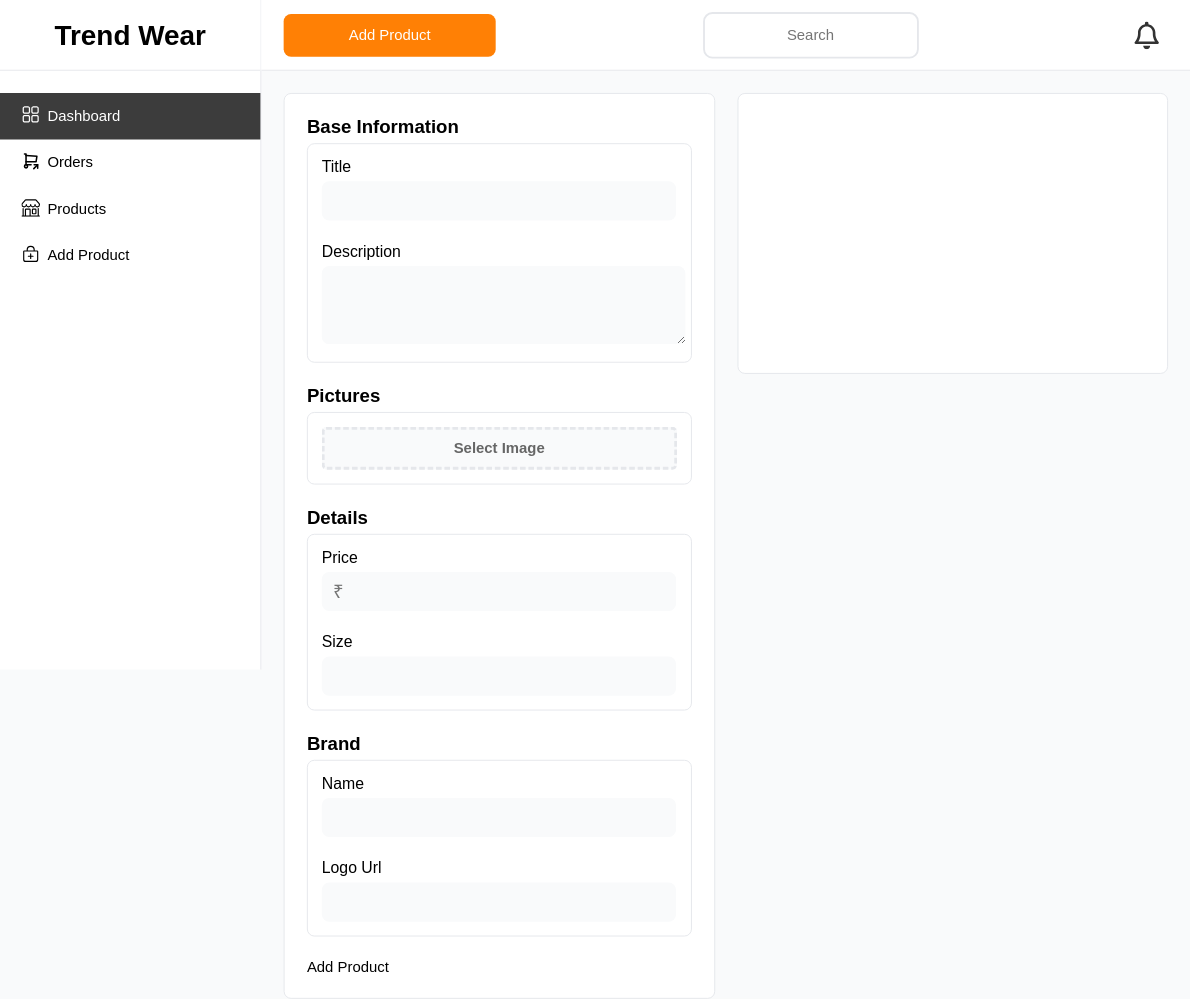
Repository: ahmad-dev7/TrendWear
Page: / (app in trend_wear_dashboard/)
These files come from the project's save history. The page is drawn as it stood at one moment and after the next save; the edit follows.
The browser window is 1280 px wide. The pictures show the whole page, at 93% of full size.
The project was rebuilt for these pictures with package versions that can differ from the ones it lists, and the page was loaded fresh each time. Also part of the build but not shown: trend_wear_dashboard/vite.config.ts.

Above is the page before, as saved 2025-01-20 12:06:41.

### trend_wear_dashboard/index.html
<!doctype html>
<html lang="en">

<head>
  <meta charset="UTF-8" />
  <link rel="icon" type="image/svg+xml" href="/vite.svg" />
  <meta name="viewport" content="width=device-width, initial-scale=1.0" />
  <title>Trend Wear</title>
</head>

<body>
  <div id="root"></div>
  <script type="module" src="/src/main.tsx"></script>
</body>

</html>

### trend_wear_dashboard/src/main.tsx
import { StrictMode } from "react";
import { createRoot } from "react-dom/client";
//import "bootstrap/dist/css/bootstrap.css";
import "./App.css";
import App from "./App.tsx";

createRoot(document.getElementById("root")!).render(
  <StrictMode>
    <App />
  </StrictMode>
);

### trend_wear_dashboard/src/App.css
body {
    background-color: #F9FAFB;
    padding: 0;
    margin: 0;
    border-color: #e5e7eb;
    font-family: Arial, Helvetica, sans-serif;

}

#parent {
    display: flex;
}

### trend_wear_dashboard/src/App.tsx
import { useState } from "react";
import Body from "./Components/Body/Body";
import Navbar from "./Components/Navbar/Navbar";
import Sidebar from "./Components/Sidebar/Sidebar";
import AddProducts from "./Components/AddProduct/AddProduct";
//import Dashboard from "./Components/Dashboard/Dashboard";

function App() {
  const [body, setBody] = useState("Dashboard");

  console.log(body);

  return (
    <div id="parent">
      <Sidebar onSelectTab={setBody} />
      <div style={{ flex: 1 }}>
        <Navbar />
        <Body>
          <AddProducts />
        </Body>
      </div>
    </div>
  );
}

export default App;

### trend_wear_dashboard/src/Components/Body/Body.tsx
// Body.tsx
import "./Body.css";

interface Props {
  children: React.ReactNode;
}

const Body = ({ children }: Props) => {
  return <div id="body-content">{children}</div>;
};

export default Body;

### trend_wear_dashboard/src/Components/Navbar/Navbar.tsx
import "./Navbar.css";
import { FaRegBell } from "react-icons/fa6";

const Navbar = () => {
  return (
    <div>
      <div id="top-navbar">
        <div className="nav-item add-product-button">Add Product</div>
        <input className="nav-item" placeholder="Search" type="text" />
        <FaRegBell className="nav-item icon"></FaRegBell>
      </div>
    </div>
  );
};

export default Navbar;

### trend_wear_dashboard/src/Components/Sidebar/Sidebar.tsx
import "./Sidebar.css";
import { RxDashboard } from "react-icons/rx";
import { TbShoppingCartShare } from "react-icons/tb";
import { BsShop } from "react-icons/bs";
import { IoBagAddOutline } from "react-icons/io5";
import { useState } from "react";

interface Props {
  onSelectTab: (tab: string) => void;
}

interface Tabs {
  icon: JSX.Element;
  label: string;
}

const Sidebar = ({ onSelectTab }: Props) => {
  const tabs: Tabs[] = [
    { label: "Dashboard", icon: <RxDashboard size={20} /> },
    { label: "Orders", icon: <TbShoppingCartShare size={20} /> },
    { label: "Products", icon: <BsShop size={20} /> },
    { label: "Add Product", icon: <IoBagAddOutline size={20} /> },
  ];

  const [active, setTab] = useState("Dashboard");

  return (
    <div id="layout">
      <div id="sidebar">
        <div className="header">Trend Wear</div>
        <ul id="sidebar-content">
          {tabs.map((tab) => (
            <li
              key={tab.label}
              className={"tab " + (tab.label == active && "active")}
              onClick={() => {
                setTab(tab.label);
                onSelectTab(tab.label);
              }}
            >
              <div className="icon">{tab.icon}</div>
              <div className="label">{tab.label}</div>
            </li>
          ))}
        </ul>
      </div>
    </div>
  );
};

export default Sidebar;

### trend_wear_dashboard/src/Components/AddProduct/AddProduct.tsx
import "./AddProduct.css";
import ProductDetails from "./ProductDetails";
import ProductPreview from "./ProductPreview";
const AddProduct = () => {
  return (
    <div className="parent">
      <div className="child details-container">
        <ProductDetails />
      </div>

      <div className="child preview-container">
        <ProductPreview />
      </div>
    </div>
  );
};

export default AddProduct;

### trend_wear_dashboard/src/Components/Body/Body.css
#body-content {
    display: flex;
    flex-direction: column;
    margin: 24px;
    height: 100vh;
    width: calc(100% - 48px);
    box-sizing: border-box;
}

### trend_wear_dashboard/src/Components/Navbar/Navbar.css
#top-navbar {
    display: flex;
    justify-content: space-between;
    align-items: center;
    /* padding: 0 24px; */
    background-color: white;
    height: 75px;
    width: 100%;
    border-bottom: 1px solid #e5e7eb;
}

.nav-item {
    font-size: 16px;
    color: #333;
    text-align: center;
    width: 200px;
    border-radius: 8px;
    padding: 14px;
    text-decoration: none;
}

.add-product-button {
    color: white;
    margin-left: 24px;
    background-color: #ff8005;
}

#top-navbar input {
    border: none;
    outline: 2px solid #e5e7eb;
    flex-grow: 1;
    max-width: 200px;
}

#top-navbar .icon {
    height: 30px;
    width: 30px;
    margin-right: 24px;
}

### trend_wear_dashboard/src/Components/Sidebar/Sidebar.css
/* Sidebar.css */
#sidebar {
    background-color: white;
    width: 280px;
    height: 100vh;
    border-right: 1px solid #e5e7eb;
}

#sidebar .header {
    display: flex;
    justify-content: center;
    align-items: center;
    height: 75px;
    font-size: 30px;
    font-weight: bold;
    background-color: white;
    text-align: center;
    border-bottom: 1px solid #e5e7eb;
}

#sidebar-content {
    list-style-type: none;
    margin-top: 24px;
    padding: 0;
    cursor: pointer;
}

#sidebar-content .tab {
    height: 50px;
    color: black;
    display: flex;
    align-items: center;
    padding-left: 15px;
}

.icon {
    padding: 8px;
}

#sidebar-content .active {
    background-color: #3c3c3c;
    color: white;
}

#sidebar-content .tab:hover:not(.active) {
    background-color: #e5e7eb;
}

### trend_wear_dashboard/src/Components/AddProduct/AddProduct.css
/* AddProduct.css */
.parent {
    display: flex;
    width: 100%;
    gap: 24px;
    box-sizing: border-box;
}

.child {
    flex: 1;
    text-align: center;
    background-color: white;
    border: 1px solid #e5e7eb;
    border-radius: 8px;
}

.preview-container {
    height: 300px;
}

### trend_wear_dashboard/src/Components/AddProduct/ProductDetails.tsx
import "./ProductDetails.css";
import Spacer from "../../Constants/Spacer";
import DetailsSectionContainer from "../../Constants/ProductDetailSection/DetailsSectionContainer";
import LabeledInputField from "../../Constants/LabeledInputField/LabeledInputField";
import LabeledTextArea from "../../Constants/LabeledInputField/LabeledTextarea";
import AddImage from "../../Constants/AddImage/AddImage";

const ProductDetails = () => {
  return (
    <>
      <div className="product-detail-container">
        <DetailsSectionContainer heading="Base Information">
          <LabeledInputField>Title</LabeledInputField>
          <Spacer height="24px" />
          <LabeledTextArea>Description</LabeledTextArea>
        </DetailsSectionContainer>
        <Spacer height="24px" />

        <DetailsSectionContainer heading="Pictures">
          <AddImage />
        </DetailsSectionContainer>
        <Spacer height="24px" />
        <DetailsSectionContainer heading="Details">
          <LabeledInputField placeHolder="₹">Price</LabeledInputField>
          <Spacer height="24px" />
          <LabeledInputField>Size</LabeledInputField>
        </DetailsSectionContainer>

        <Spacer height="24px" />
        <DetailsSectionContainer heading="Brand">
          <LabeledInputField>Name</LabeledInputField>
          <Spacer height="24px" />
          <LabeledInputField>Logo Url</LabeledInputField>
        </DetailsSectionContainer>
        <Spacer height="24px" />
        <div id="add-product-button">Add Product</div>
      </div>
    </>
  );
};

export default ProductDetails;

### trend_wear_dashboard/src/Components/AddProduct/ProductPreview.tsx
const ProductPreview = () => {
  return <div> </div>;
};

export default ProductPreview;

### trend_wear_dashboard/src/Components/AddProduct/ProductDetails.css
.product-detail-container {
    margin: 0px;
    padding: 24px;
    text-align: start;
}

/* Parent container to hold the items in a row */
.picture-container-parent {
    display: flex;
    /* Enable flexbox */
    justify-content: space-between;
    /* Optional: space between items, adjust as needed */
    gap: 16px;
    /* Optional: adds space between items */
}

/* Style for each img-container */
.img-container {
    flex: 1;
    /* Adjust width as needed */
    height: 100px;
    /* Adjust height as needed */
    background-color: #e5e7eb;
    /* Optional: background color */
    border-radius: 8px;
    display: flex;
    align-items: center;
    text-align: center;
    justify-content: center;
}

.picture-container-parent .add-more {
    border: dashed 2px #e5e7eb;

}

### trend_wear_dashboard/src/Constants/Spacer.tsx
interface Props {
  height?: string;
  width?: string;
}

const Spacer = ({ height = "0px", width = "0px" }: Props) => {
  return <div style={{ height: height, width: width }}></div>;
};

export default Spacer;

### trend_wear_dashboard/src/Constants/ProductDetailSection/DetailsSectionContainer.tsx
import "./ProductDetailSection.css";

interface Props {
  children: React.ReactNode;
  heading: string;
}

const DetailsSectionContainer = ({ children, heading }: Props) => {
  return (
    <>
      <p id="details-section-container-heading">{heading}</p>
      <div id="details-section-container">{children}</div>
    </>
  );
};

export default DetailsSectionContainer;

### trend_wear_dashboard/src/Constants/LabeledInputField/LabeledInputField.tsx
import "./LabeledInputField.css";
interface Props {
  children: React.ReactNode;
  placeHolder?: string;
}

const LabeledInputField = ({ placeHolder, children }: Props) => {
  return (
    <>
      <p id="input-field-label">{children}</p>

      <input placeholder={placeHolder} id="input-field" type="text" />
    </>
  );
};

export default LabeledInputField;

### trend_wear_dashboard/src/Constants/LabeledInputField/LabeledTextarea.tsx
interface Props {
  children: React.ReactNode;
}

const LabeledTextArea = ({ children }: Props) => {
  return (
    <>
      <p id="input-field-label">{children}</p>
      <textarea id="input-field-textarea" />
    </>
  );
};

export default LabeledTextArea;

### trend_wear_dashboard/src/Constants/AddImage/AddImage.tsx
import React, { useState } from "react";

interface ImagePreview {
  id: string;
  url: string;
}

const AddImage: React.FC = () => {
  const [images, setImages] = useState<ImagePreview[]>([]);

  const handleImageChange = (e: React.ChangeEvent<HTMLInputElement>) => {
    const files = e.target.files;
    if (!files) return;

    const newImages: ImagePreview[] = Array.from(files).map((file) => ({
      id: URL.createObjectURL(file), // Temporary unique identifier
      url: URL.createObjectURL(file),
    }));

    setImages((prevImages) => [...prevImages, ...newImages]);
  };

  const handleRemoveImage = (id: string) => {
    setImages((prevImages) => prevImages.filter((image) => image.id !== id));
  };

  return (
    <div className="picture-container-parent" style={styles.parent}>
      {images.map((image) => (
        <div key={image.id} style={styles.previewContainer}>
          <img src={image.url} alt="preview" style={styles.imagePreview} />
          <button
            onClick={() => handleRemoveImage(image.id)}
            style={styles.removeButton}
          >
            ✕
          </button>
        </div>
      ))}
      <div style={styles.inputContainer}>
        <label style={styles.inputLabel}>
          Select Image
          <input
            type="file"
            accept="image/*"
            multiple
            onChange={handleImageChange}
            style={styles.input}
          />
        </label>
      </div>
    </div>
  );
};

const styles = {
  parent: {
    display: "flex",
    flexWrap: "wrap",
    gap: "10px", // Gap between the items
    alignItems: "center",
    justifyContent: "flex-start", // Align items to the start of the row
  },
  inputContainer: {
    width: "100%",
    height: "40px",
    backgroundColor: "#F9FAFB",
    border: "3px dashed #e5e7eb",
    borderRadius: "5px",
    display: "flex",
    justifyContent: "center",
    alignItems: "center",
    cursor: "pointer",
    position: "relative",
  },
  inputLabel: {
    width: "100%",
    height: "100%",
    display: "flex",
    justifyContent: "center",
    alignItems: "center",
    color: "#666",
    fontWeight: "bold",
  },
  input: {
    position: "absolute",
    opacity: 0,
    width: "100%",
    height: "100%",
    cursor: "pointer",
  },
  previewContainer: {
    position: "relative",
    width: "90px",
    height: "50px",
  },
  imagePreview: {
    width: "100%",
    height: "100%",
    objectFit: "cover",
    borderRadius: "5px",
    border: "1px solid #ccc",
  },
  removeButton: {
    position: "absolute",
    top: "-5px",
    right: "-5px",
    background: "#f00",
    color: "#fff",
    border: "none",
    borderRadius: "50%",
    width: "20px",
    height: "20px",
    cursor: "pointer",
    fontSize: "12px",
    display: "flex",
    justifyContent: "center",
    alignItems: "center",
  },
} as const;

export default AddImage;

### trend_wear_dashboard/src/Constants/ProductDetailSection/ProductDetailSection.css
#details-section-container-heading {
    margin: 0px;
    margin-bottom: 6px;
    font-size: 20px;
    font-weight: 700;
}

#details-section-container {
    border: 1px solid #e5e7eb;
    padding: 15px;
    background-color: white;
    border-radius: 8px;
}

### trend_wear_dashboard/src/Constants/LabeledInputField/LabeledInputField.css
#input-field-label {
    margin: 0px;
    font-size: 17px;
    font-weight: 500;
    margin-bottom: 5px;
}

#input-field,
#input-field-textarea {
    border: none;
    outline: none;
    width: calc(100% - 15px);
    height: 40px;
    font-size: 20px;
    border-radius: 8px;
    padding-left: 12px;
    background-color: #F9FAFB;
}

#input-field-textarea {
    height: 60px;
    padding: 12px;
}

After the next save:
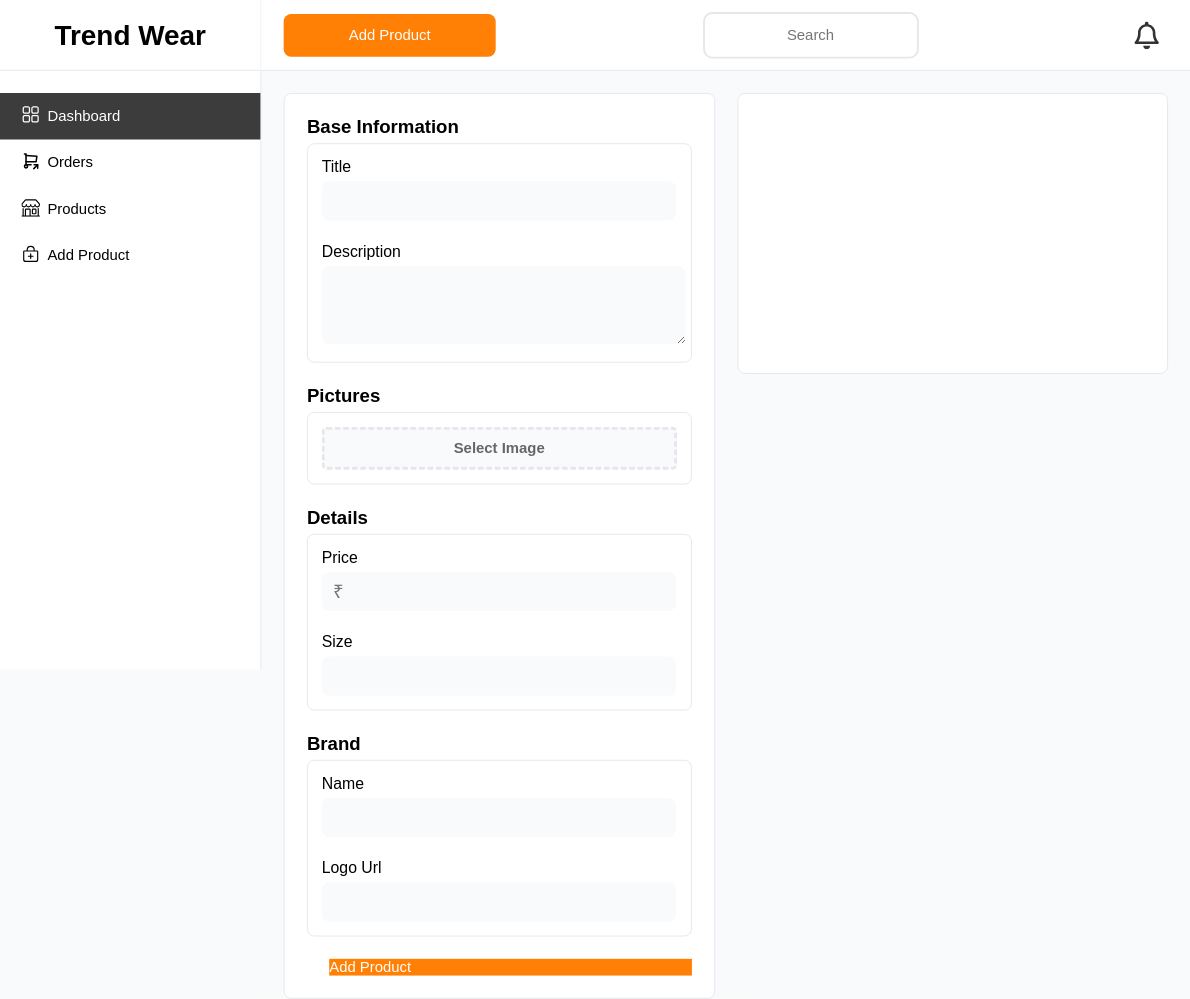
Saved 65 s later.
--- a/trend_wear_dashboard/src/Components/AddProduct/ProductDetails.tsx
+++ b/trend_wear_dashboard/src/Components/AddProduct/ProductDetails.tsx
@@ -33,7 +33,7 @@
           <LabeledInputField>Logo Url</LabeledInputField>
         </DetailsSectionContainer>
         <Spacer height="24px" />
-        <div id="add-product-button">Add Product</div>
+        <div className="add-product-button">Add Product</div>
       </div>
     </>
   );

After the save that followed:
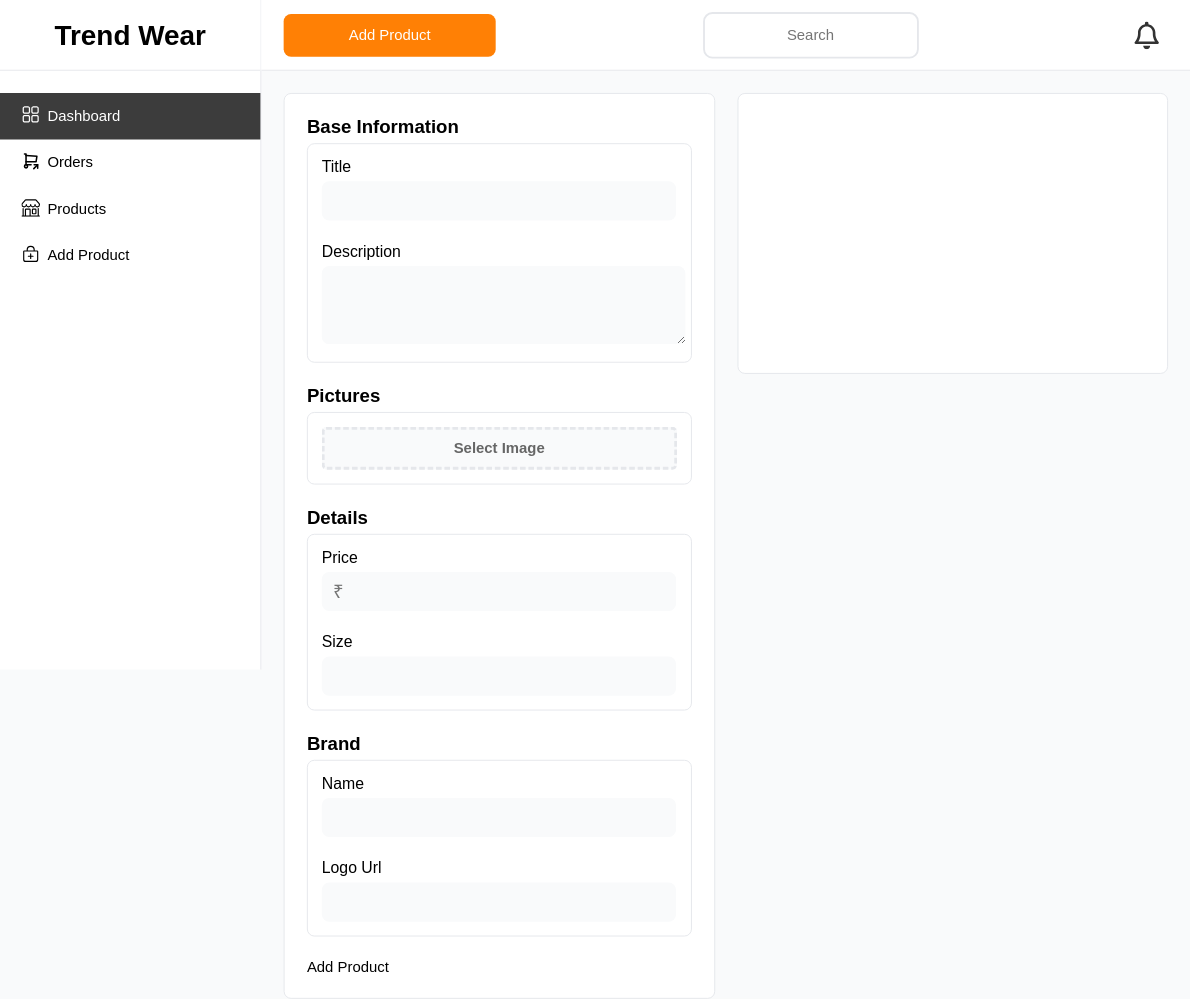
Saved 64 s later.
--- a/trend_wear_dashboard/src/Components/AddProduct/ProductDetails.tsx
+++ b/trend_wear_dashboard/src/Components/AddProduct/ProductDetails.tsx
@@ -33,7 +33,7 @@
           <LabeledInputField>Logo Url</LabeledInputField>
         </DetailsSectionContainer>
         <Spacer height="24px" />
-        <div className="add-product-button">Add Product</div>
+        <div id="submit-product-button">Add Product</div>
       </div>
     </>
   );
